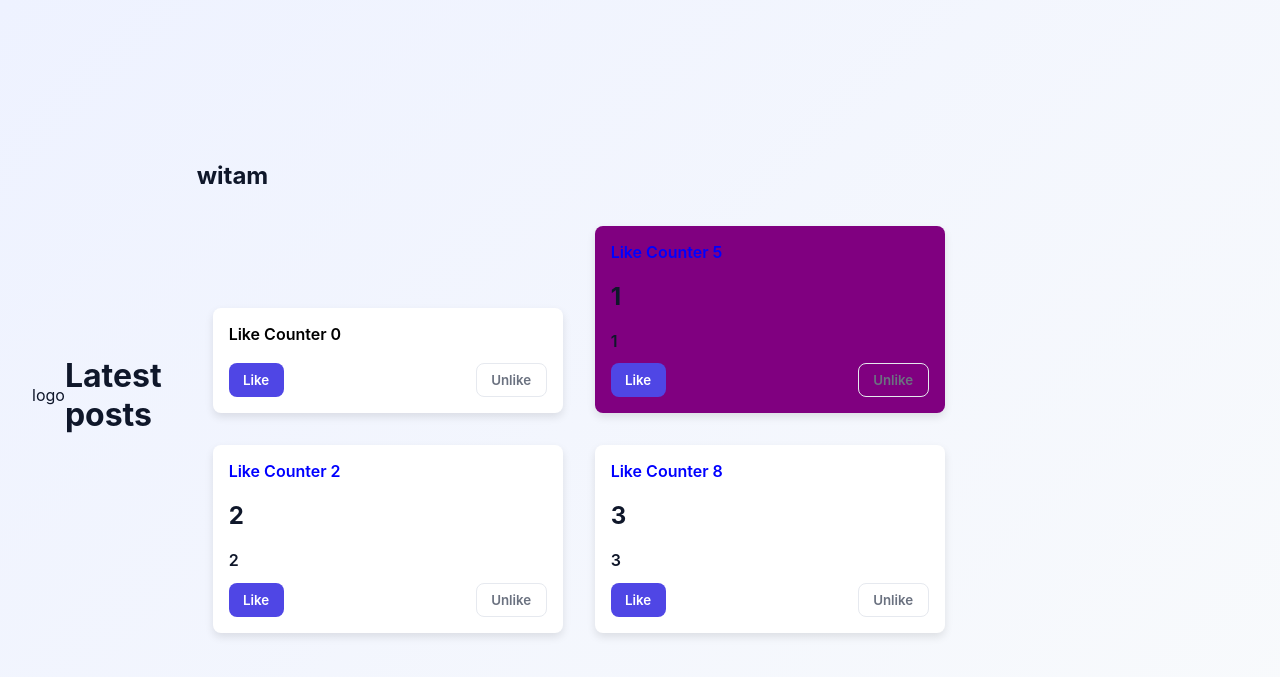
Repository: KrystianTrzy/reactapt
Page: /
These files come from the project's save history. The page is drawn as it stood at one moment and after a run of saves; the edit follows.
The browser window is 1280 px wide. The pictures show the whole page.
The project was rebuilt for these pictures with package versions that can differ from the ones it lists, and the page was loaded fresh each time. Also part of the build but not shown: src/pages/login.js, src/pages/postdetail/postdetail.js.

Above is the page before, as saved 2025-11-22 12:06:06.

After the next 2 saves:
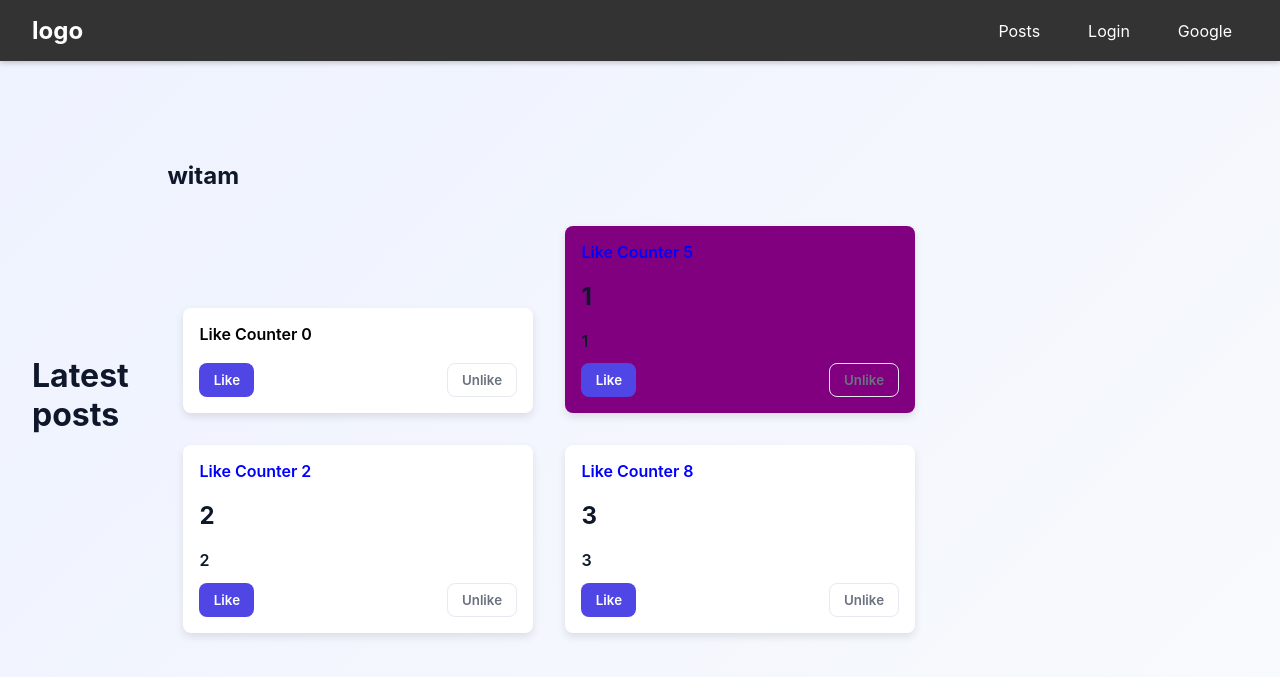
The 2 saves are shown as one change because 1 did not build or start.
The last was saved 23 s later.
--- a/src/App.js
+++ b/src/App.js
@@ -8,17 +8,15 @@ function App() {
   const name = "Krystian";
   const names = ["Adrian", "Maciek", "Pawel", "Bartek"];
   return (
-    <>
+    <BrowserRouter>
       <Nav />
-      <BrowserRouter>
-        <Routes>
-          <Route path="/" element={<Posts />} />
-          <Route path="/posts" element={<Posts />} />
-          <Route path="/login" element={<Login />} />
-          <Route path="/postdetail/:id" element={<PostDetail />} />
-        </Routes>
-      </BrowserRouter>
-    </>
+      <Routes>
+        <Route path="/" element={<Posts />} />
+        <Route path="/posts" element={<Posts />} />
+        <Route path="/login" element={<Login />} />
+        <Route path="/postdetail/:id" element={<PostDetail />} />
+      </Routes>
+    </BrowserRouter>
   );
 }
 
--- a/src/components/nav/nav.js
+++ b/src/components/nav/nav.js
@@ -1,18 +1,20 @@
 import "./nav.css";
-import { Link } from "react-router";
+import { Link } from "react-router-dom";
 
-function nav() {
+function Nav() {
   return (
-    <nav>
-      <span>logo</span>
+    <nav className="navbar">
+      <span className="logo">logo</span>
 
-      <div className="links">
-        <link to="/posts"></link>
-        <link to="/login"></link>
-        <a href="https://google.com"></a>
+      <div className="menu">
+        <Link to="/posts">Posts</Link>
+        <Link to="/login">Login</Link>
+        <a href="https://google.com" target="_blank" rel="noopener noreferrer">
+          Google
+        </a>
       </div>
     </nav>
   );
 }
 
-export default nav;
+export default Nav;
